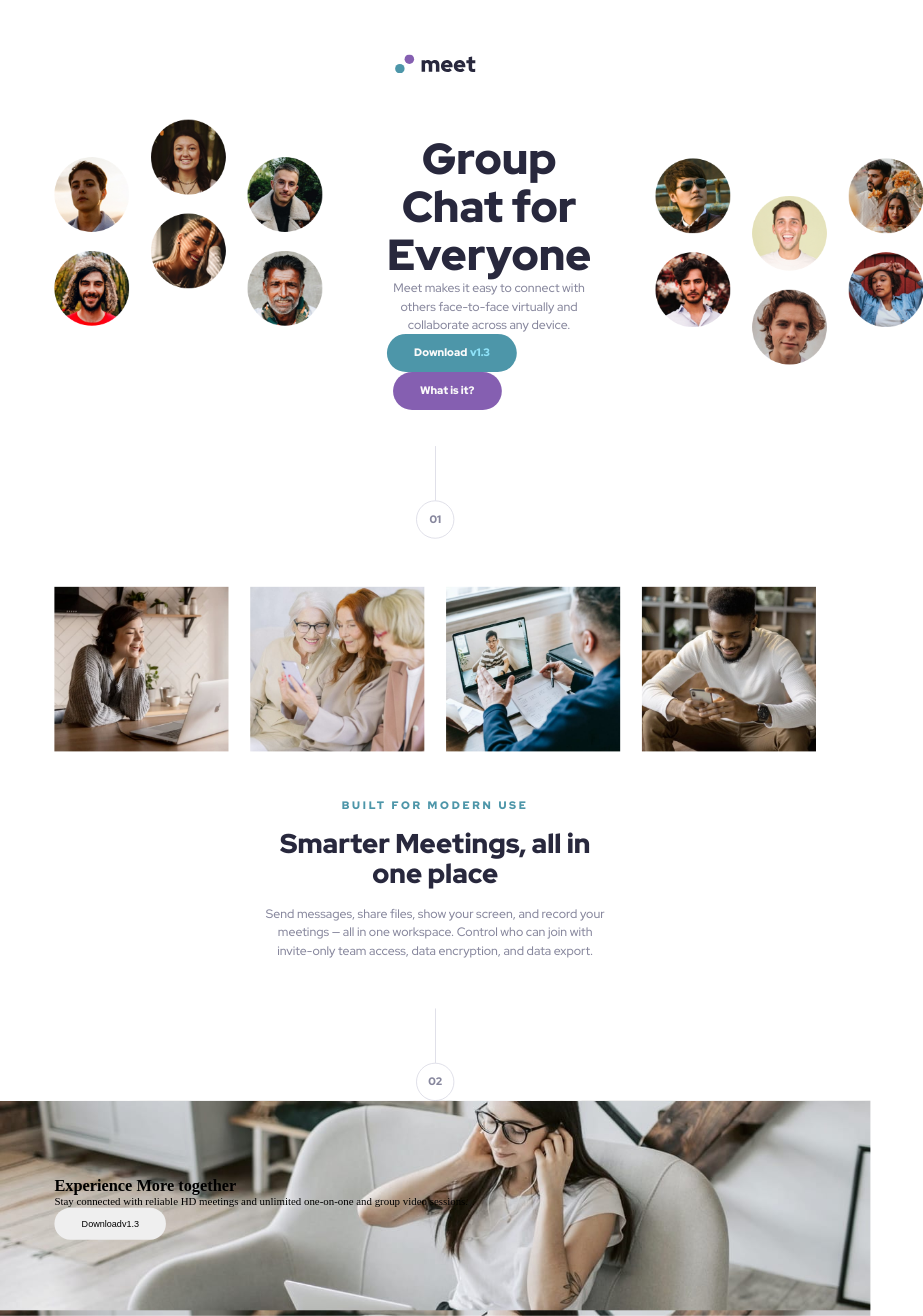
Repository: brandontaylor1/meet-landing-page
Page: index.html
The author's editor kept a copy of each file at every save. The page is drawn from the files as they stood at one save, then again after the next save.
The browser window is 1280 px wide. The page is 1358 px wide, so the pictures cover 1358 px, including what lies to the right of the window. The pictures show the whole page, at 68% of full size.

Above is the page before, as saved 2025-01-11 22:24:16.

After the next save:
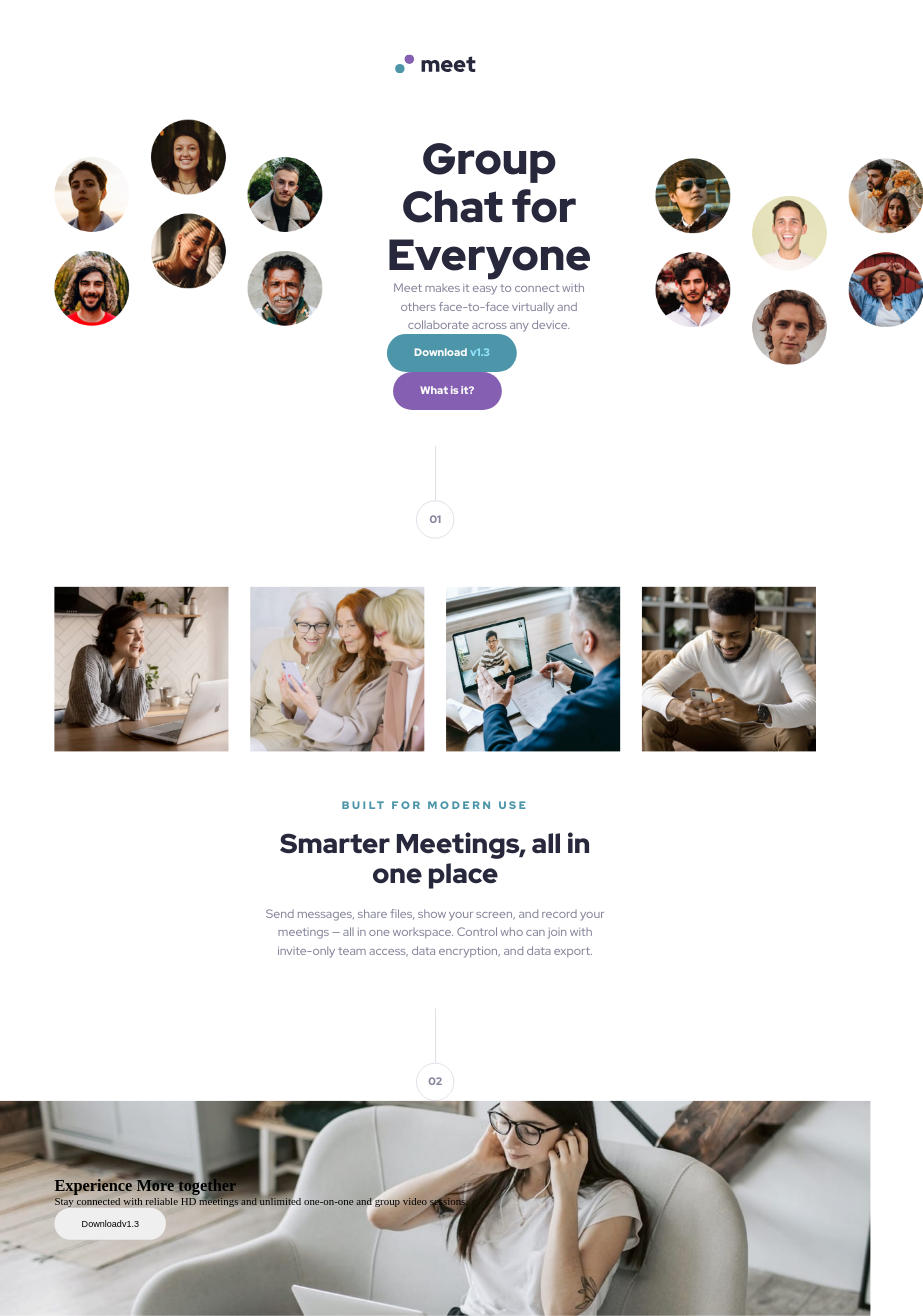
Saved 24 s later.
--- a/styles.css
+++ b/styles.css
@@ -211,4 +211,5 @@
     display: flex;
     align-items: center;
     background-image: url("./assets/images/image-footer.jpg");
-}
+    background-size: cover;
+}
